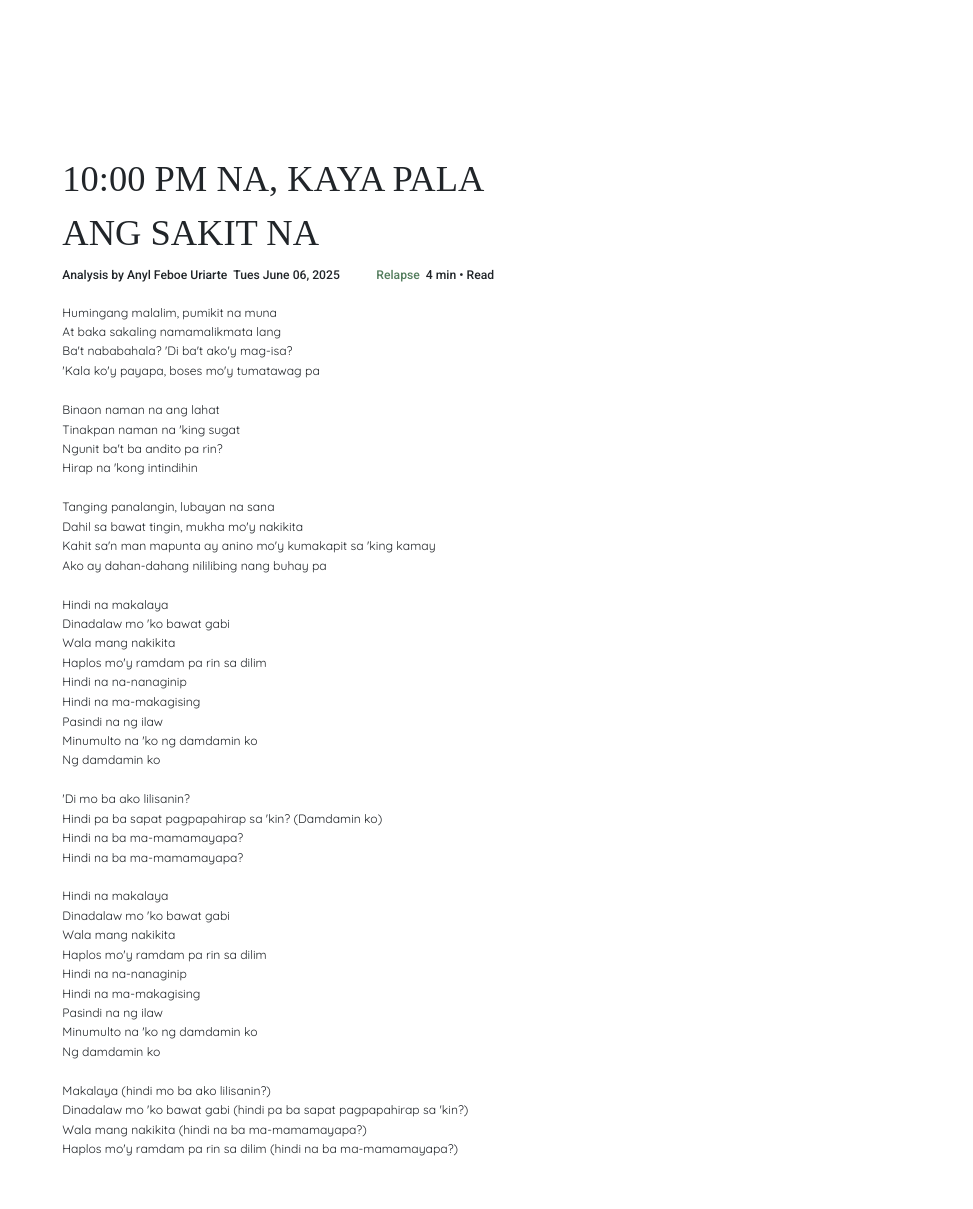
Repository: Uriarte-Anyl/Uriarte-Anyl.github.io
Page: Course/ADET/A07/index.html
The author's editor kept a copy of each file at every save. The page is drawn from the files as they stood at one save, then again after the next save.
The browser window is 1280 px wide. The pictures show the part of the page from y = 1626 to 3217 px (the page is 3217 px tall before and 3057 px after), at 76% of full size.
Pictures or frames that could not be fetched are drawn as grey boxes. Some web fonts or font styles are not loaded; a fallback is used.

Above is the page before, as saved 2025-06-05 08:50:29.

After the next save:
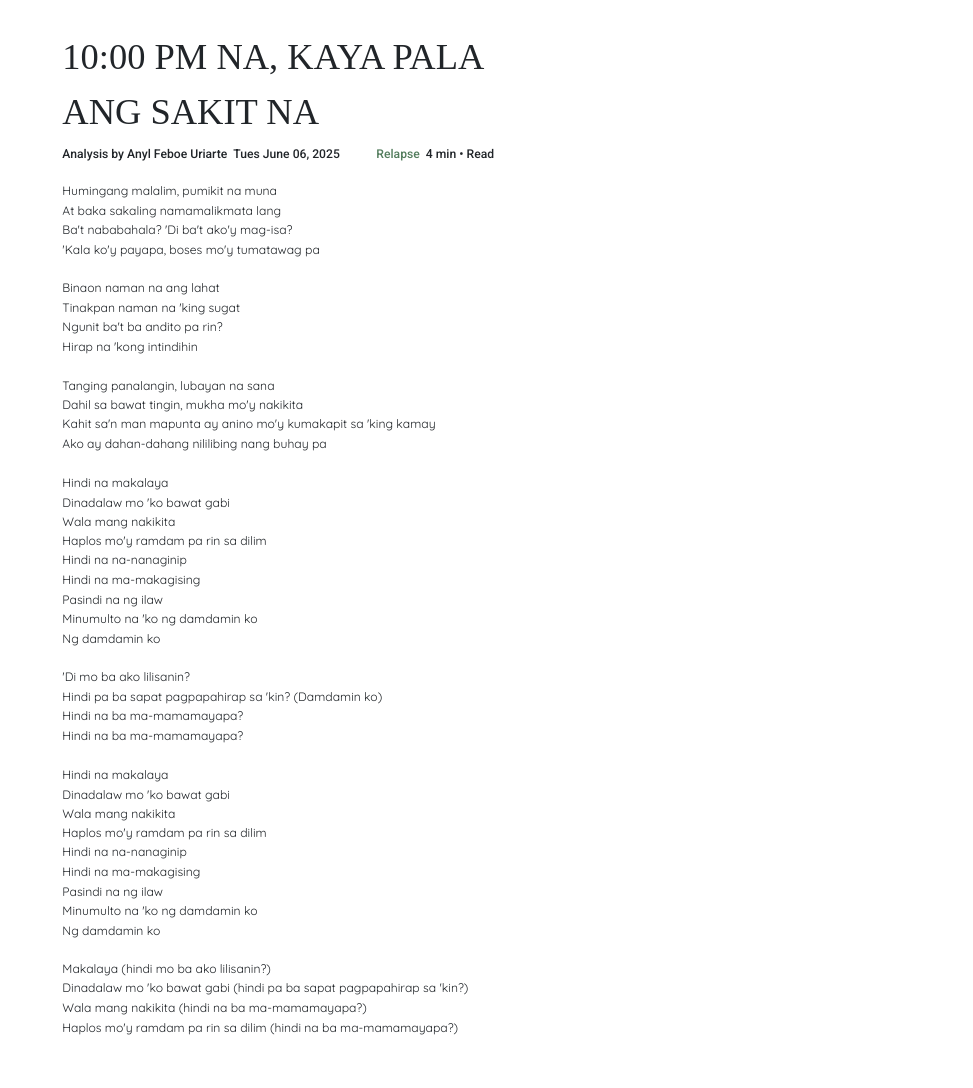
Saved 20 s later.
--- a/Course/ADET/A07/index.html
+++ b/Course/ADET/A07/index.html
@@ -238,7 +238,7 @@
             <iframe
               src="https://github.com/Uriarte-Anyl/Uriarte-Anyl.github.io/blob/main/Course/ADET/A07/embed.html"
               class="w-100"
-              style="height: 500px; border: none"
+              style="height: 340px; border: none"
             ></iframe>
           </div>
           <!-- END OF BODY -->
